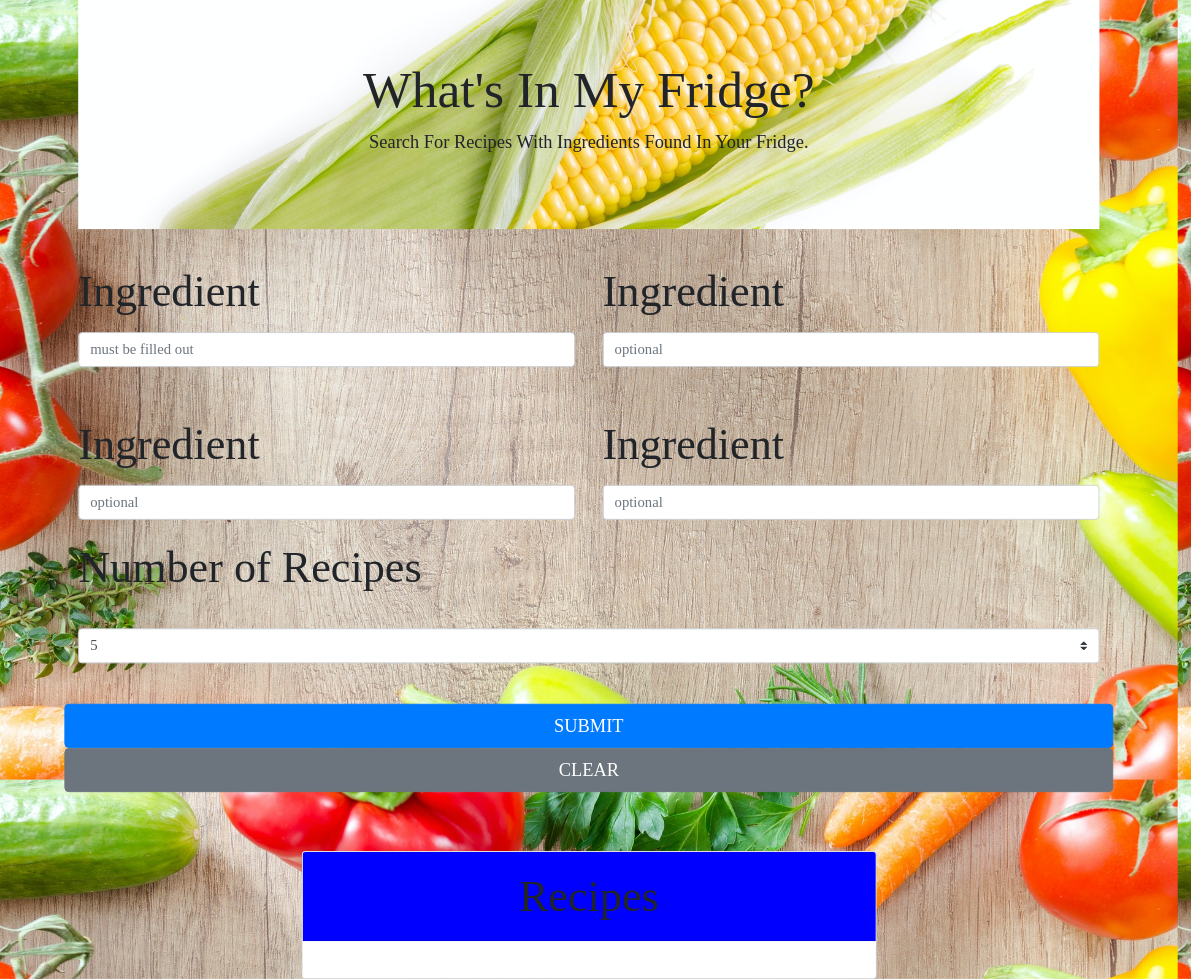
Repository: ogipajic/Recipe_API
Page: index.html
These files come from the project's save history. The page is drawn as it stood at one moment and after the next save; the edit follows.
The browser window is 1280 px wide. The page is 1295 px wide, so the pictures cover 1295 px, including what lies to the right of the window. The pictures show the whole page, at 92% of full size.
The page's requests for data from a server got no answer. Backgrounds fixed to the window are drawn as part of the page. Some web fonts or font styles are not loaded; a fallback is used.

Above is the page before, as saved 2020-07-12 16:43:08.

After the next save:
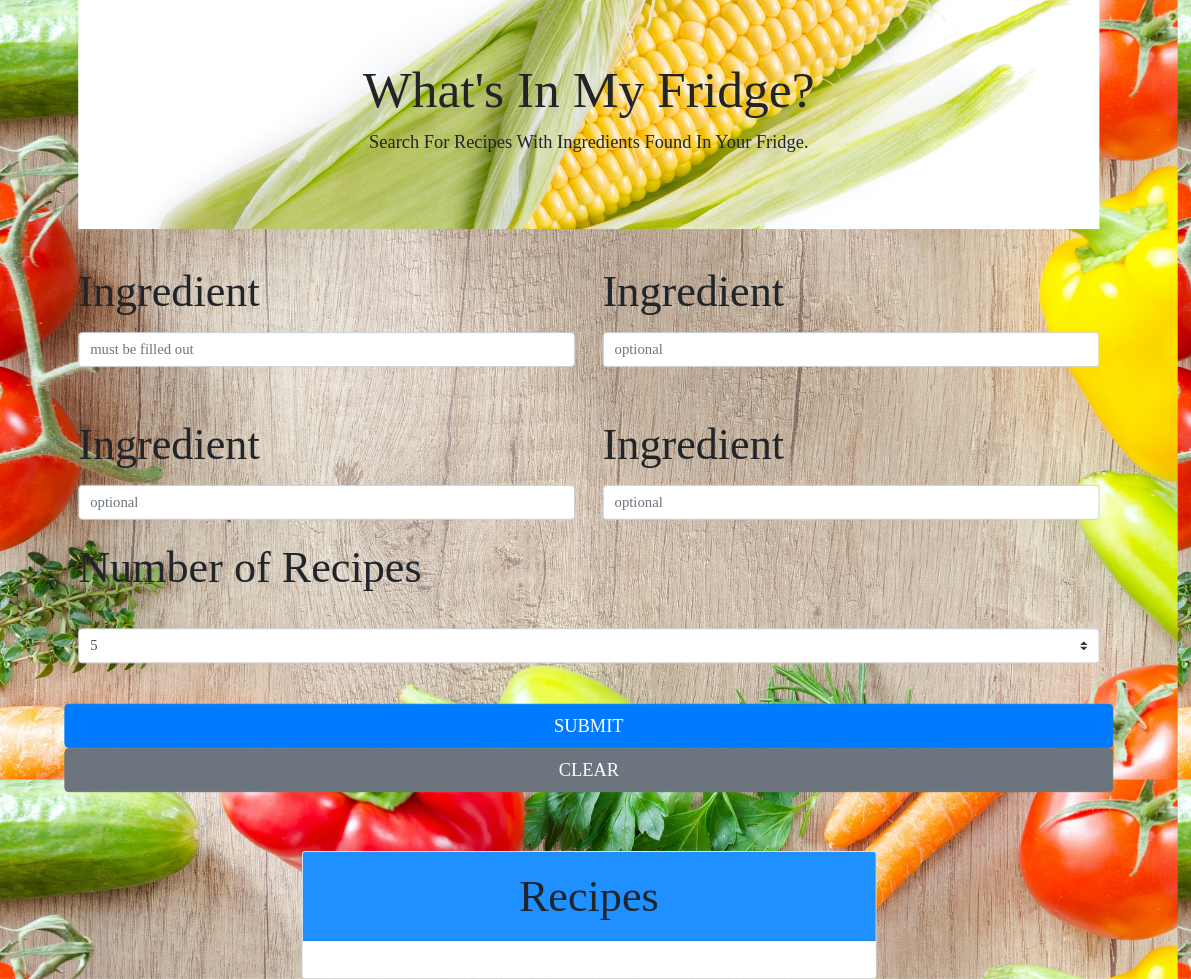
Saved 77 s later.
--- a/stylesheet.css
+++ b/stylesheet.css
@@ -40,7 +40,7 @@ body {
 }
 
 .card-header {
-    background-color: blue;
+    background-color: dodgerblue;
 }
 
 .card-header {
